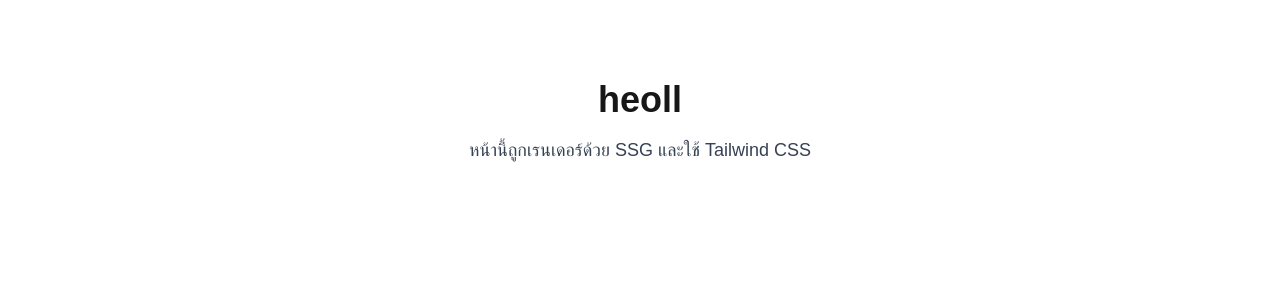
Repository: KongRucifer/SeaFood-Shop
Page: /
The author's editor kept a copy of each file at every save. The page is drawn from the files as they stood at one save, then again after the next save.
The browser window is 1280 px wide. The pictures show the whole page.
The project was rebuilt for these pictures with package versions that can differ from the ones it lists, and the page was loaded fresh each time. The framework's server and built-in components were replaced by stand-ins that run in the browser. Also part of the build but not shown: next.config.ts.

Above is the page before, as saved 2025-06-24 18:59:02.

### src/app/layout.tsx
import type { Metadata } from "next";
import { Geist, Geist_Mono } from "next/font/google";
import "./globals.css";

 const geistSans = Geist({
  variable: "--font-geist-sans",
  subsets: ["latin"],
});

const geistMono = Geist_Mono({
  variable: "--font-geist-mono",
  subsets: ["latin"],
});

export const metadata: Metadata = {
  title: "ຮ້ານຂາຍອາຫານທະເລ - ໜ້າທຳອິດ | Seafood Shop",
  description:
    "ຮ້ານຂາຍອາຫານທະເລອອນໄລ ໜ້າທຳອິດ ລວມອາຫານທະເລຫຼາກຫຼາຍ ເຊັ່ນ ປາ, ປູ, ກຸ້ງ ແລະ ອາຫານທະເລອື່ນໆ ສາມາດສັ່ງເຊົ້າ ແລະ ສັ່ງເຂົ້າໃນເວັບໄຊ ສາມາດເຮັດ ການໂອນເງິນ",
  keywords:
    "ອາຫານທະເລ ອອນໄລ, ຮ້ານຂາຍອາຫານທະເລ, ສັ່ງອາຫານທະເລ, ອາຫານທະເລສົ່ງໄວ",
  authors: [{ name: "kong mong thao" }],
  publisher: "Super Shop SeaFood",
  robots: {
    index: true,
    follow: true,
  },
  openGraph: {
    title: "ຮ້ານຂາຍອາຫານທະເລ - ໜ້າທຳອິດ | Seafood Shop",
    description:
      "ສັ່ງຊື້ອາຫານທະເລ ລາຄາຖືກ ສົ່ງໄວ ທັນໃຈ ມີບໍລິການໂອນເງີນ ປາຍທາງ",
    url: "http://localhost:3000/images/fish.jpeg",
    siteName: "Seafood Shop",
    locale: "th_TH",
    type: "website",
    images: [
      {
        url: "http://localhost:3000/images/myshopSeafood.jpeg",
        width: 1200,
        height: 630,
        alt: "Food Shop Image",
      },
    ],
  },
  twitter: {
    card: "summary_large_image",
    title: "ຮ້ານຂາຍອາຫານທະເລ - ໜ້າທຳອິດ | Seafood Shop",
    description:
      "ສັ່ງຊື້ອາຫານທະເລ ລາຄາຖືກ ສົ່ງໄວ ທັນໃຈ ມີບໍລິການໂອນເງີນ ປາຍທາງ",
    images: ["http://localhost:3000/images/seafood2.jpeg"],
  },
  alternates: {
    canonical: "https://yourdomain.com/",
  },
  viewport: 'width=device-width, initial-scale=1',
}

export default function RootLayout({
  children,
}: Readonly<{
  children: React.ReactNode;
}>) {
  return (
    <html lang="en">
      <body
        className={`${geistSans.variable} ${geistMono.variable} antialiased`}
      >
        {children}
      </body>
    </html>
  );
}

### src/app/page.tsx
// ✅ app/page.tsx
import React from 'react'
import Home from './views/Home'

export default async function FoodPage() {

  return (
    <div>
       <Home/>
    </div>
  )
}
// export default async function Home() {
//   const res = await fetch('https://jsonplaceholder.typicode.com/posts?_limit=5')
//   const posts = await res.json()

//   return (
//     <div>
//       <h1>Posts</h1>
//       <ul>
//         {posts.map((post: any) => (
//           <li key={post.id}>{post.title}</li>
//         ))}
//       </ul>
//     </div>
//   )
// }

### src/app/views/Home.tsx
export default function Home() {
  return (
<div className="max-w-xl mx-auto mt-20 text-center">
      <h1 className="text-4xl font-bold mb-4 text">heoll</h1>
      <p className="text-lg text-gray-700">หน้านี้ถูกเรนเดอร์ด้วย SSG และใช้ Tailwind CSS</p>
    </div>
  );
}

Loaded but not shown: src/app/globals.css (common file)

After the next save:
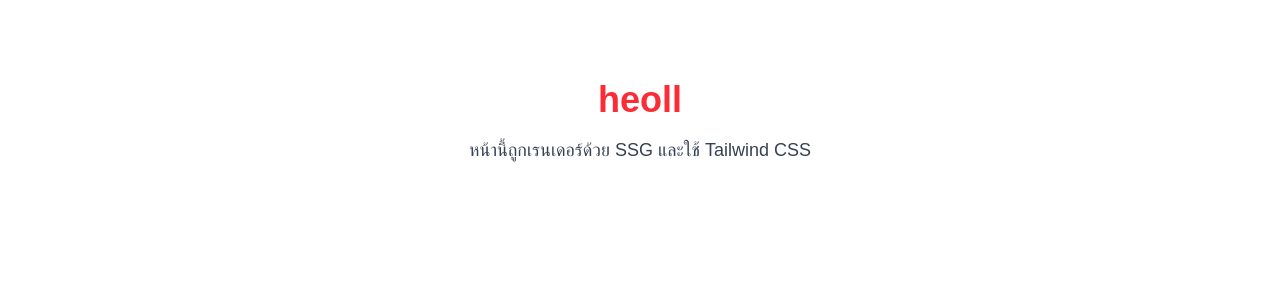
Saved 4 s later.
--- a/src/app/views/Home.tsx
+++ b/src/app/views/Home.tsx
@@ -1,7 +1,7 @@
 export default function Home() {
   return (
 <div className="max-w-xl mx-auto mt-20 text-center">
-      <h1 className="text-4xl font-bold mb-4 text">heoll</h1>
+      <h1 className="text-4xl font-bold mb-4 text-red-500">heoll</h1>
       <p className="text-lg text-gray-700">หน้านี้ถูกเรนเดอร์ด้วย SSG และใช้ Tailwind CSS</p>
     </div>
   );
